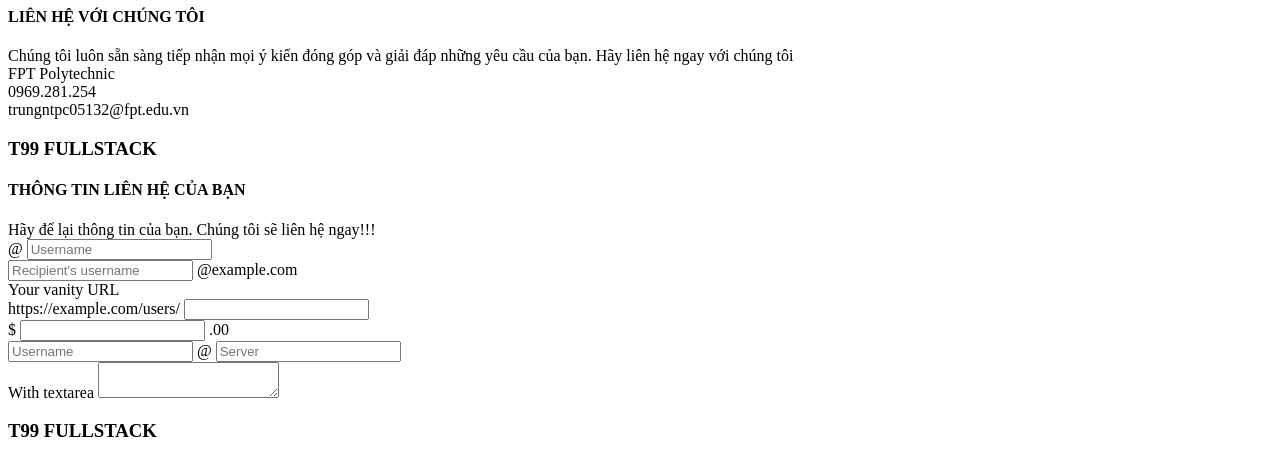
Repository: tuandh111/Java-6-asm
Page: Front-end/Java_6_asm/templates/contact.html
These files come from the project's save history. The page is drawn as it stood at one moment and after the next save; the edit follows.
The browser window is 1280 px wide. The pictures show the whole page.

Above is the page before, as saved 2023-10-07 11:27:37.

After the next save:
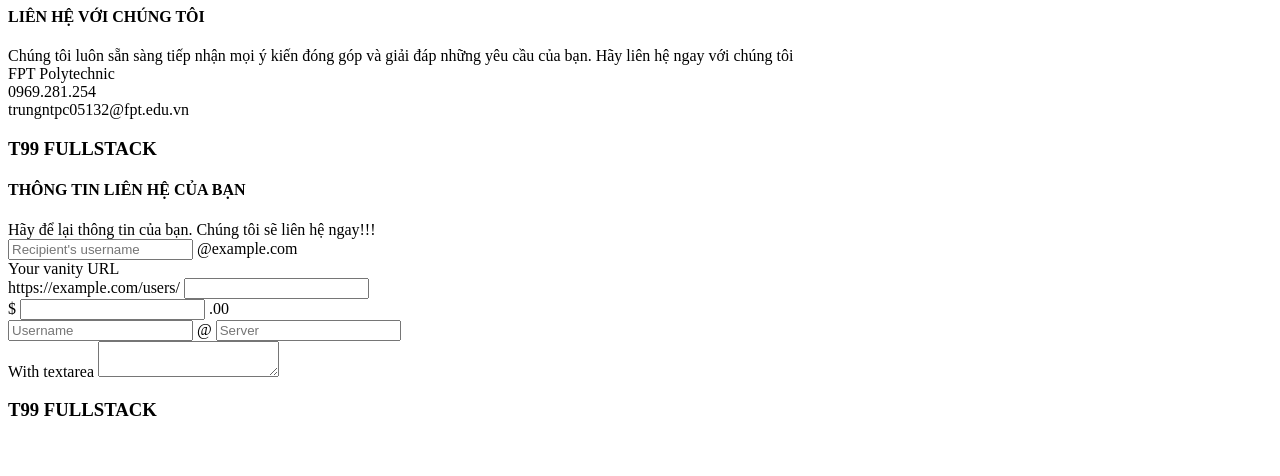
Saved 23 s later.
--- a/Front-end/Java_6_asm/templates/contact.html
+++ b/Front-end/Java_6_asm/templates/contact.html
@@ -45,11 +45,6 @@
                         </div>
                     </div>
                     <div class="card-body">
-                        <div class="input-group mb-3">
-                            <span class="input-group-text" id="basic-addon1">@</span>
-                            <input type="text" class="form-control" placeholder="Username" aria-label="Username" aria-describedby="basic-addon1">
-                          </div>
-
                           <div class="input-group mb-3">
                             <input type="text" class="form-control" placeholder="Recipient's username" aria-label="Recipient's username" aria-describedby="basic-addon2">
                             <span class="input-group-text" id="basic-addon2">@example.com</span>
